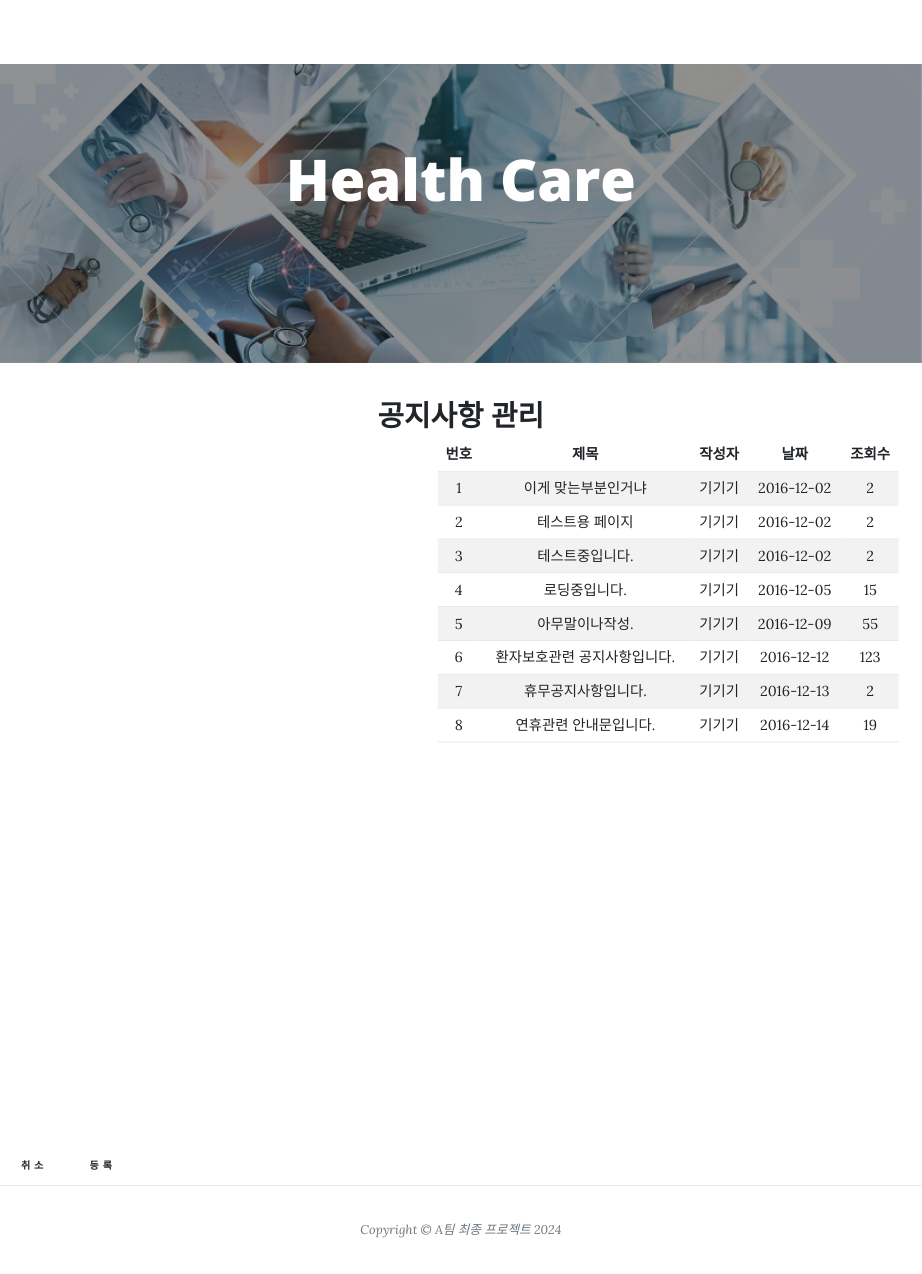
Repository: honsb91/project
Page: http://localhost/hospital/admin/notice.jsp
These files come from the project's save history. The page is drawn as it stood at one moment and after the next save; the edit follows.
The browser window is 1280 px wide. The pictures show the whole page, at 72% of full size.
Some web libraries are served in a nearby version. The page is served by Tomcat 9. Nobody is signed in. The application's start-up code is not run. The template is opened directly, without the code that normally fills it, so the values that code supplies are empty.

Above is the page before, as saved 2024-02-02 03:43:24.

After the next save:
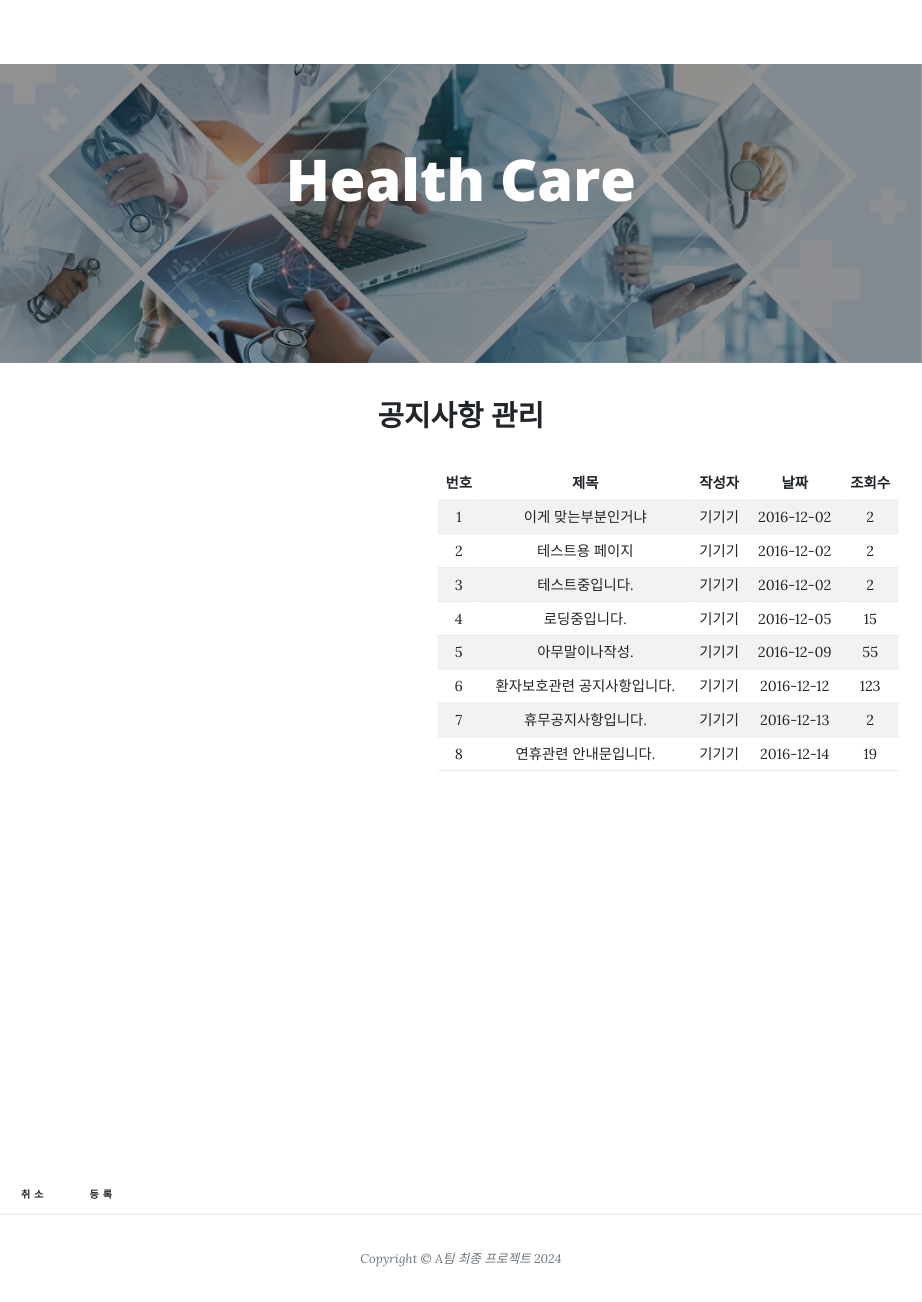
Saved 14 s later.
--- a/hospital/src/main/webapp/admin/notice.jsp
+++ b/hospital/src/main/webapp/admin/notice.jsp
@@ -8,7 +8,7 @@
 </head>
 <%@ include file="/include/header.jsp"%>
 <body>
-<h1 class="text-center">공지사항 관리</h1>
+<h1 class="text-center mb-5">공지사항 관리</h1>
 <form action="/admin/registr" method="post" id="registrForm">
 <table class="table table-striped text-center">
 		<thead>

After the save that followed:
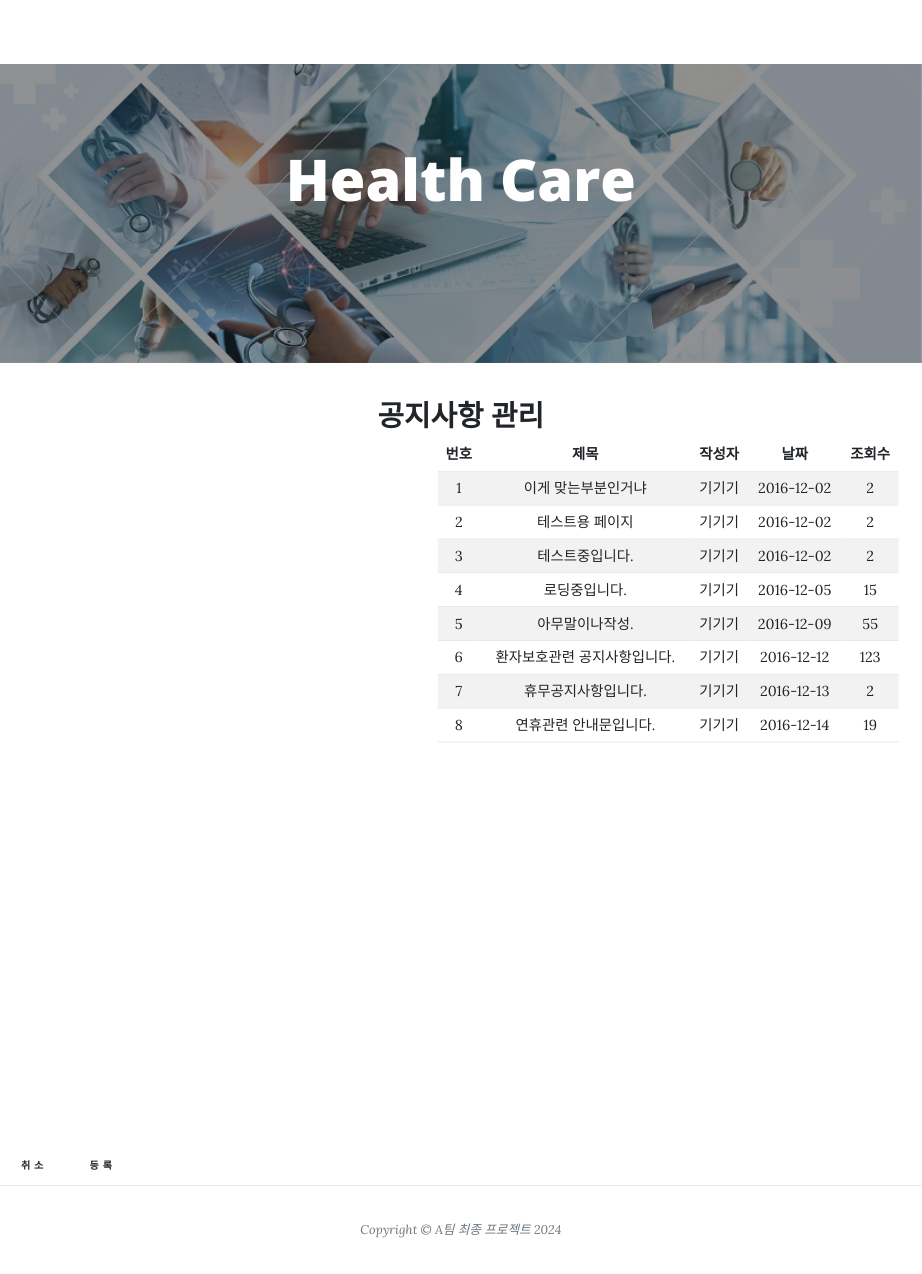
Saved 7 s later.
--- a/hospital/src/main/webapp/admin/notice.jsp
+++ b/hospital/src/main/webapp/admin/notice.jsp
@@ -8,7 +8,7 @@
 </head>
 <%@ include file="/include/header.jsp"%>
 <body>
-<h1 class="text-center mb-5">공지사항 관리</h1>
+<h1 class="text-center mb-8">공지사항 관리</h1>
 <form action="/admin/registr" method="post" id="registrForm">
 <table class="table table-striped text-center">
 		<thead>
